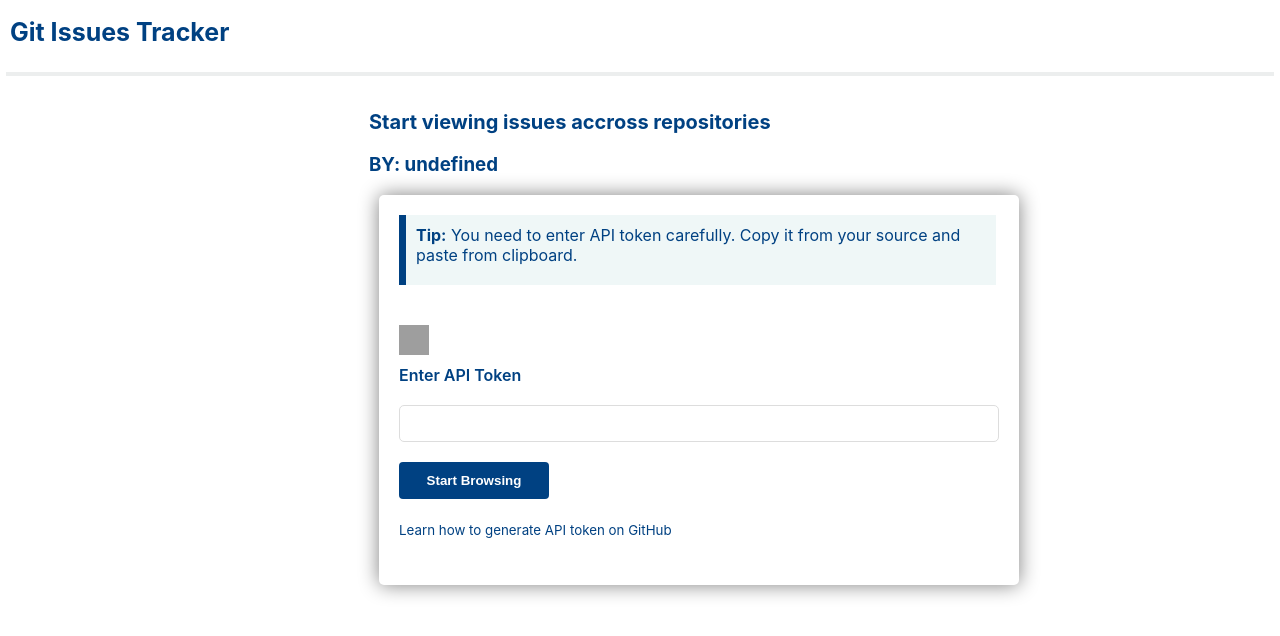
Repository: duzzisantos/github-repos-react-graphql
Page: /
These files come from the project's save history. The page is drawn as it stood at one moment and after the next save; the edit follows.
The browser window is 1280 px wide. The pictures show the whole page.
Pictures or frames that could not be fetched are drawn as grey boxes. The project was rebuilt for these pictures with package versions that can differ from the ones it lists, and the page was loaded fresh each time. Also part of the build but not shown: src/components/table/tables.scss, src/components/table/Filters.tsx, src/components/table/Pagination.tsx, src/components/table/TableComponent.tsx, src/components/table/columnHelpers.ts, src/utilities/funtions.ts, src/pages/Repositories.tsx, src/pages/ViewRepository.tsx.

Above is the page before, as saved 2024-06-17 21:06:46.

### src/index.tsx
import React from "react";
import ReactDOM from "react-dom/client";
import "./index.css";
import App from "./App";
import reportWebVitals from "./reportWebVitals";
import { BrowserRouter } from "react-router-dom";
import { ApolloProvider } from "@apollo/client";
import client from "./api/apolloClient";

const root = ReactDOM.createRoot(
  document.getElementById("root") as HTMLElement
);
root.render(
  <React.StrictMode>
    <BrowserRouter>
      <ApolloProvider client={client}>
        <App />
      </ApolloProvider>
    </BrowserRouter>
  </React.StrictMode>
);

// If you want to start measuring performance in your app, pass a function
// to log results (for example: reportWebVitals(console.log))
// or send to an analytics endpoint. Learn more: https://bit.ly/CRA-vitals
reportWebVitals();

### src/App.tsx
import React from "react";
import "./App.scss";
import "./App.css";
import { Routes, Route } from "react-router-dom";
import StartPage from "./pages/StartPage";
import Repositories from "./pages/Repositories";
import ViewRepository from "./pages/ViewRepository";

function App() {
  return (
    <div className="App">
      <h1>Git Issues Tracker</h1>
      <hr />

      <Routes>
        <Route path="/" element={<StartPage />} />
        <Route path="/start" element={<StartPage />} />
        <Route path="/repositories" element={<Repositories />} />
        <Route path="/owner/repositoryName" element={<ViewRepository />} />
      </Routes>
    </div>
  );
}

export default App;

### src/api/apolloClient.ts
import { ApolloClient, InMemoryCache, createHttpLink } from "@apollo/client";
import { setContext } from "@apollo/client/link/context";

const http = createHttpLink({
  uri: "https://api.github.com/graphql",
});

const auth = setContext((_, { headers }) => {
  const apiToken = localStorage.getItem("authToken");

  return {
    headers: {
      ...headers,
      authorization: `Bearer ${apiToken}`,
    },
  };
});

const client = new ApolloClient({
  link: auth.concat(http),
  cache: new InMemoryCache(),
});

export default client;

### src/App.scss
/* Sass variables declared here: */

$color-dark: #212529;
$color-blue: rgb(0, 65, 130);
$color-teal: teal;
$padding-10: 10px;
$padding-20: $padding-10 * 2;
$padding-40: $padding-20 * 2;
$selected-display: flex;
$row: row;
$column: column;
$mb-20: 20px;
$mb-40: $mb-20 * 2;
$fw-600: 600;
$rounded-box: 5px;
$input-border: 1px solid rgb(221, 221, 221);

/* Main and start page styles*/
.App {
  display: flex;
  flex-direction: column;
}

.container {
  width: 98.8%;
  padding: $padding-10 $padding-10;
  display: flex;
  flex-direction: $column;
  justify-content: center;
  bottom: 0;
  margin-left: auto;
  color: $color-blue;
}

h1 {
  font-size: 25px;
  padding: 0 $padding-10;
  color: $color-blue;
}

h2 {
  font-size: 20px;
}

hr {
  border: 2px solid rgb(236, 238, 238);
  width: 98.8%;
}

form {
  width: 600px;
  height: 350px;
  margin-left: 10px;
  border-radius: $rounded-box;
  box-shadow: 0px 0px 20px gray;
  padding: $padding-20 $padding-20;
}

.form-group {
  display: $selected-display;
  flex-direction: $column;
}

.user-tip {
  height: 50px;
  width: 95%;
  padding: $padding-10 $padding-10;
  margin-bottom: $mb-40;
  border-left: 7px solid $color-blue;
  background-color: rgb(239, 247, 247);
}

.banner-info {
  color: $color-teal;
  font-size: 14px;
}

.banner-danger {
  @extend .banner-info;
  color: tomato;
}

.git-image {
  height: 30px;
  width: 30px;
  margin-bottom: 10px;
}

label {
  margin-bottom: $mb-20;
  font-weight: $fw-600;
}

#apiToken {
  @extend label;
  padding: 10px;
  border: $input-border;
  border-radius: $rounded-box;
}

/* Buttons */
.primary-btn {
  @extend label;
  width: 25%;
  padding: $padding-10;
  background-color: $color-blue;
  border: 1px solid transparent;
  border-radius: 4px;
  color: white;
}

button:hover {
  cursor: pointer;
}

.transparent-btn {
  @extend .primary-btn;
  background-color: white;
  color: $color-blue;
  border: 1px solid whitesmoke;
}

.transparent-btn:hover {
  background-color: $color-blue;
  color: white;
}

.action-btn {
  background-color: $color-teal;
  border: 1px solid transparent;
  color: white;
  border-radius: $rounded-box;
}

.read-docs {
  text-decoration: none;
  color: $color-blue;
}

.read-docs:hover {
  text-decoration-line: underline;
}

/* Content styles*/
.content-display {
  width: 90vw;
  overflow: auto;
  box-shadow: 0px 0px 15px gray;
  padding: $padding-10 $padding-10;
  margin-top: $mb-20;
  border-radius: $rounded-box;
}

.content-display > .display-items {
  width: 220%;
  position: relative;
}

.view-details {
  width: 45%;
  margin-top: $mb-20;
}

/* Miscellaneous styles */
a {
  text-decoration: none;
  color: $color-teal;
}

a:hover {
  text-decoration-line: underline;
}

### src/App.css
.container {
  width: 90%;
  align-items: center;
  justify-content: center;
  bottom: 0;
  padding: 10px 10px;
}

.display-items {
  width: 100%;
  display: flex;
  flex-direction: row;
  flex-wrap: wrap;
  gap: 1.5%;
}

.small-card {
  width: 300px;
  height: 120px;
  display: flex;
  flex-direction: column;
  justify-content: center;
  text-align: center;
  box-shadow: 0px 0px 3px gray;
}

### src/pages/StartPage.tsx
import React from "react";
import Container from "src/components/Container";
import Form from "src/components/Form";

const StartPage = () => {
  return (
    <Container
      pageSubTitle="Start viewing issues accross repositories"
      children={<Form />}
    />
  );
};

export default StartPage;

### src/components/Container.tsx
import React from "react";

interface ContainerProps {
  pageSubTitle: string;
  repositoryOwner?: string;
  children: any;
}

const Container = ({
  pageSubTitle,
  children,
  repositoryOwner,
}: ContainerProps) => {
  return (
    <main className="container">
      <section>
        <h2>{pageSubTitle}</h2>
        <h3>{`BY: ${repositoryOwner}`}</h3>
        {children}
      </section>
    </main>
  );
};

export default Container;

### src/components/Form.tsx
import React, { useState } from "react";
import { useNavigate } from "react-router-dom";
import { useLazyQuery } from "@apollo/client";
import { GET_ALL_REPOSITORIES } from "src/api/queryhelper";
//We need to specify the types of data we would be utilizing as state

const Form = () => {
  const [apiToken, setApiToken] = useState("");
  const [apiPayLoad, setApiPayload] = useState([]);
  const [getRepositories, { loading, error, data }] =
    useLazyQuery(GET_ALL_REPOSITORIES);

  const navigate = useNavigate();

  const handleChange = (e: any) => {
    setApiToken(e.target.value);
  };

  const handleSubmit = () => {
    localStorage.setItem("authToken", apiToken);

    //We make the GraphQL API call here
    getRepositories()
      .then((res: any) => {
        console.log(res.data);
        setApiPayload(res.data.viewer.repositories.nodes);
      })
      .catch((err) => {
        console.warn(err?.message);
      });
  };

  if (data) {
    navigate("/repositories", {
      state: {
        //this is the result we want to consume as we navigate to the /repositories route
        data: data.viewer.repositories.nodes,
        error: error,
        loading: loading,
        apiPayLoad,
      },
    });
  }

  return (
    <form>
      <div className="user-tip">
        <strong> Tip:</strong> You need to enter API token carefully. Copy it
        from your source and paste from clipboard.
      </div>

      <div className="form-group">
        <img
          src="https://upload.wikimedia.org/wikipedia/commons/thumb/c/c2/GitHub_Invertocat_Logo.svg/1200px-GitHub_Invertocat_Logo.svg.png"
          alt="git"
          className="git-image"
        />
        <label htmlFor="apiToken">Enter API Token</label>
        <input
          type="text"
          name="apiToken"
          id="apiToken"
          value={apiToken}
          onChange={handleChange}
        />
        <button className="primary-btn" type="button" onClick={handleSubmit}>
          Start Browsing
        </button>

        <div className="banner-info">
          <strong>{loading ? "Redirecting...." : data && "Success"}</strong>
        </div>
        <div className="banner-danger">
          <strong>{error && error.message}</strong>
        </div>
      </div>
      <small className="form-text" id="info">
        <a
          className="read-docs"
          title="Read short documentation"
          href="https://docs.github.com/en/authentication/keeping-your-account-and-data-secure/managing-your-personal-access-tokens"
        >
          Learn how to generate API token on GitHub
        </a>
      </small>
    </form>
  );
};

export default Form;

### src/api/queryhelper.ts
import { gql } from "@apollo/client";

const GET_ALL_REPOSITORIES = gql`
  query {
    viewer {
      repositories(first: 50) {
        nodes {
          id
          name
          owner {
            login
          }
          visibility
          stargazerCount
          forkCount
          url
          issues {
            totalCount
          }
          licenseInfo {
            name
          }
          updatedAt
          createdAt
        }
      }
    }
  }
`;

const GET_REPOSITORY_BY_NAME = gql`
  query ($name: NAME!) {
    node(name: $name) {
      ... on Repository {
        id
        name
        owner {
          login
        }
        visibility
        stargazerCount
        forkCount
        url
        issues {
          totalCount
        }
        licenseInfo {
          name
        }
        updatedAt
        createdAt
      }
    }
  }
`;

export { GET_ALL_REPOSITORIES, GET_REPOSITORY_BY_NAME };

Loaded but not shown: public/index.html (common file); src/index.css (common file); src/reportWebVitals.ts (common file)

After the next save:
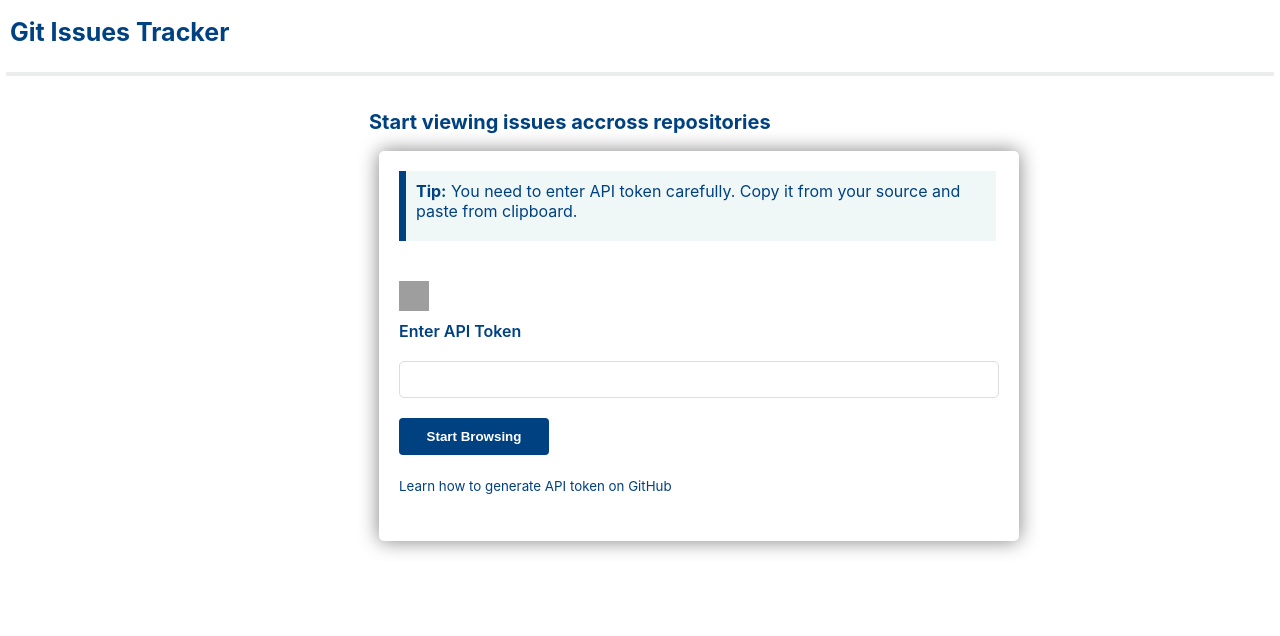
Saved 41 s later.
--- a/src/components/Container.tsx
+++ b/src/components/Container.tsx
@@ -15,7 +15,7 @@ const Container = ({
     <main className="container">
       <section>
         <h2>{pageSubTitle}</h2>
-        <h3>{`BY: ${repositoryOwner}`}</h3>
+        {repositoryOwner && <h3>{`BY: ${repositoryOwner}`}</h3>}
         {children}
       </section>
     </main>
